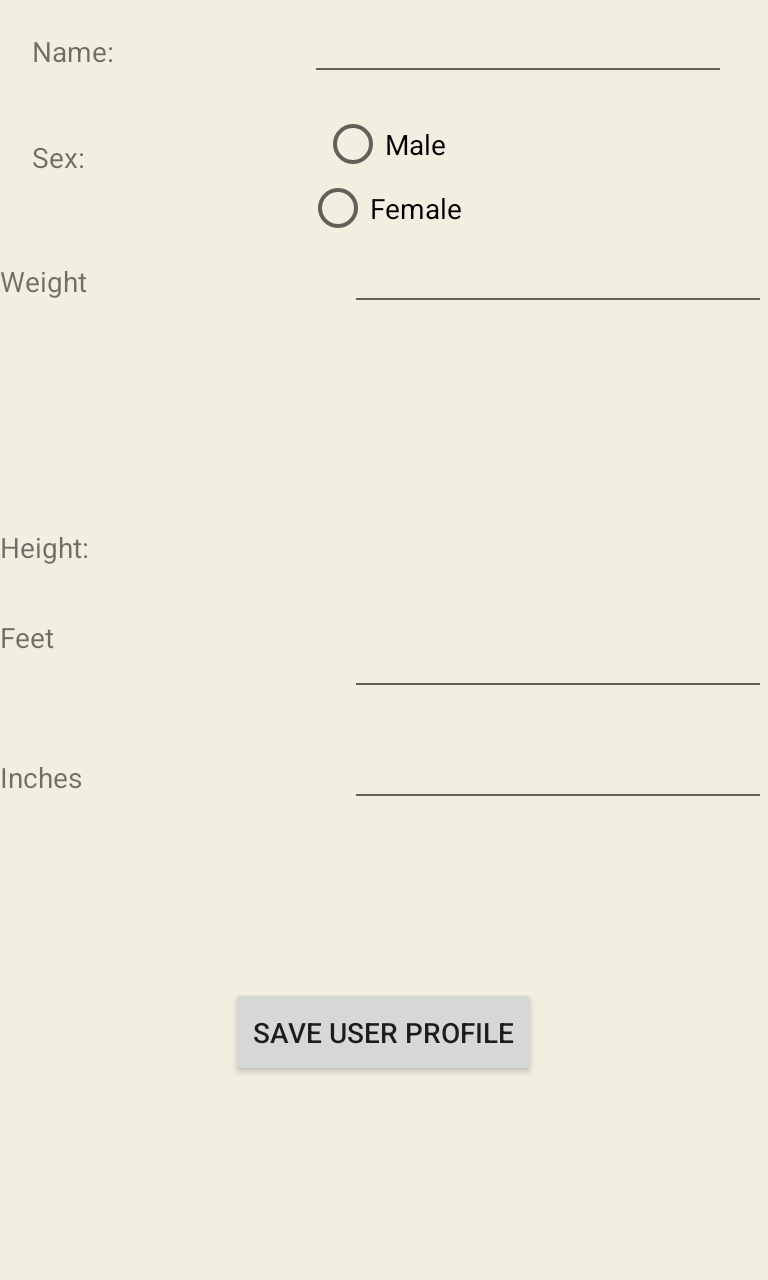
Repository: CS185Wingman/wingman
Layout: Workspace/wingman/res/layout/user_settings.xml
These files come from the project's save history. The layout is drawn as it stood at one moment and after a run of saves; the edit follows.
It is drawn on a 768 x 1280 px phone screen (xhdpi) without system bars, with theme AppTheme; the app's code is not run.

Above is the layout before, as saved 2014-06-06 04:42:47.

After the next 2 saves:
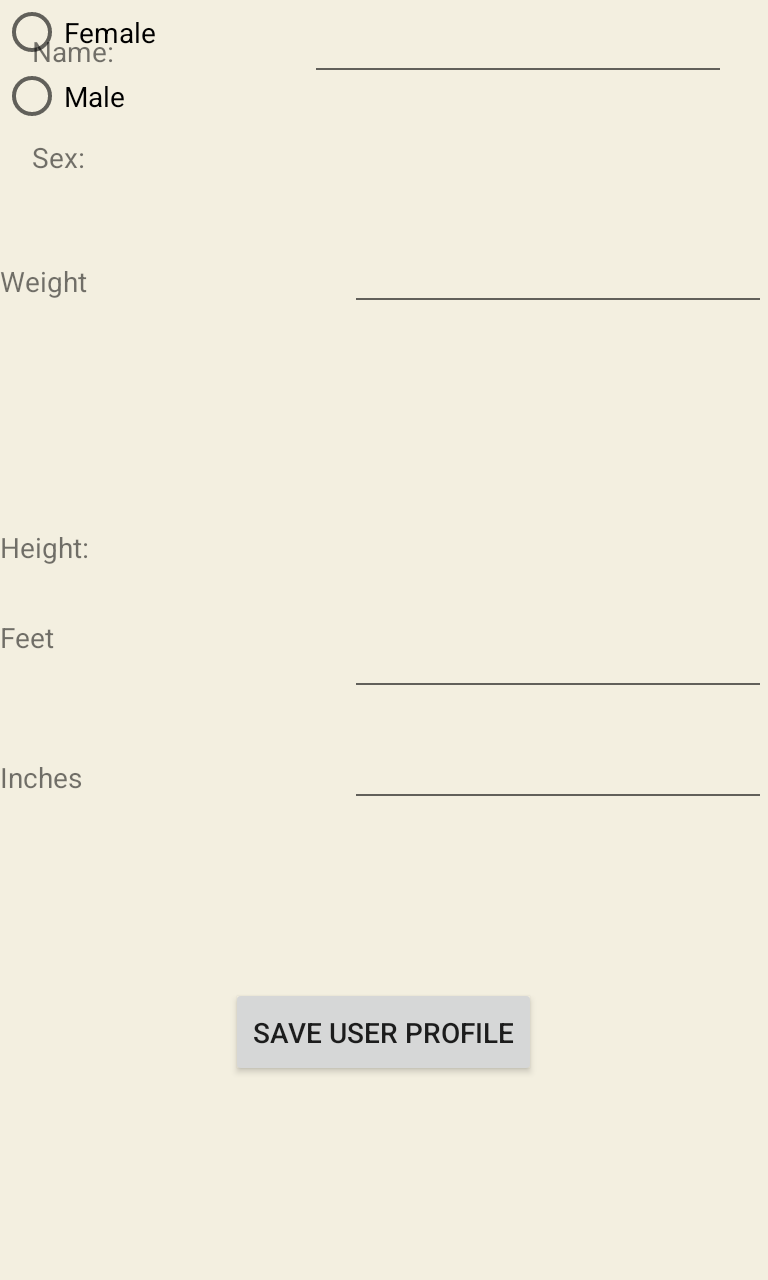
The 2 saves are shown as one change because they came seconds apart.
The last was saved 46 s later.
--- a/Workspace/wingman/res/layout/user_settings.xml
+++ b/Workspace/wingman/res/layout/user_settings.xml
@@ -35,9 +35,25 @@
         android:text="Sex:" />
 
     <RadioGroup
-    android:layout_width="fill_parent"
-    android:layout_height="wrap_content"
-    android:orientation="vertical">
+        android:layout_width="fill_parent"
+        android:layout_height="wrap_content"
+        android:orientation="vertical" >
+
+        <RadioButton
+            android:id="@+id/femaleButton"
+            android:layout_width="wrap_content"
+            android:layout_height="wrap_content"
+            android:layout_below="@+id/sexLabel"
+            android:layout_centerHorizontal="true"
+            android:text="Female" />
+
+        <RadioButton
+            android:id="@+id/maleButton"
+            android:layout_width="wrap_content"
+            android:layout_height="wrap_content"
+            android:layout_above="@+id/femaleButton"
+            android:layout_centerHorizontal="true"
+            android:text="Male" />
     </RadioGroup>
 
     <TextView
@@ -67,7 +83,6 @@
         android:layout_alignParentRight="true"
         android:ems="10"
         android:inputType="number" >
-
         />
     </EditText>
 
@@ -108,22 +123,6 @@
         android:layout_marginBottom="26dp"
         android:text="Height:" />
 
-    <RadioButton
-        android:id="@+id/femaleButton"
-        android:layout_width="wrap_content"
-        android:layout_height="wrap_content"
-        android:layout_below="@+id/sexLabel"
-        android:layout_centerHorizontal="true"
-        android:text="Female" />
-
-    <RadioButton
-        android:id="@+id/maleButton"
-        android:layout_width="wrap_content"
-        android:layout_height="wrap_content"
-        android:layout_above="@+id/femaleButton"
-        android:layout_centerHorizontal="true"
-        android:text="Male" />
-
     <Button
         android:id="@+id/saveSettingsButton"
         android:layout_width="wrap_content"
@@ -131,7 +130,7 @@
         android:layout_alignParentBottom="true"
         android:layout_centerHorizontal="true"
         android:layout_marginBottom="100dp"
-        android:text="Save User Profile"
-        android:onClick="saveUserSettings"/>
+        android:onClick="saveUserSettings"
+        android:text="Save User Profile" />
 
 </RelativeLayout>
